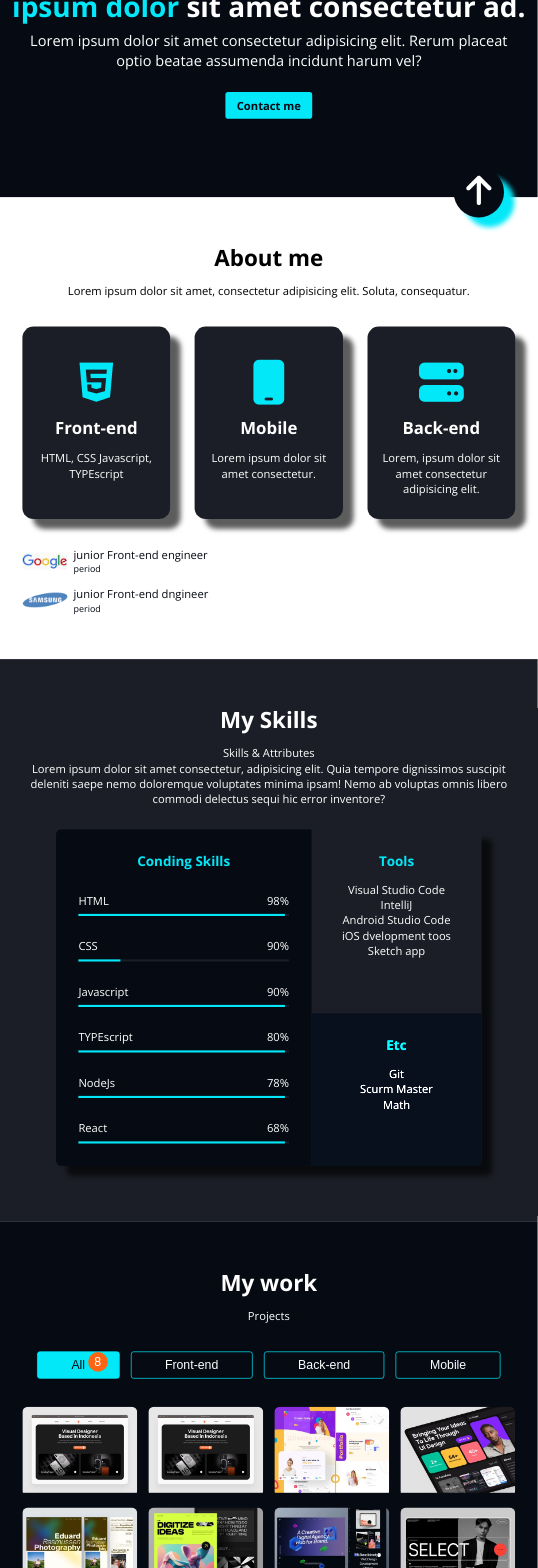
Repository: Arden-Sol/portfolio-website-clone-coding
Page: index.html
These files come from the project's save history. The page is drawn as it stood at one moment and after the next save; the edit follows.
The browser window is 768 px wide. The pictures show the part of the page from y = 441 to 2681 px (the page is 3892 px tall before and 3860 px after), at 70% of full size.
Some web libraries are served in a nearby version.

Above is the page before, as saved 2024-03-27 02:29:00.

After the next save:
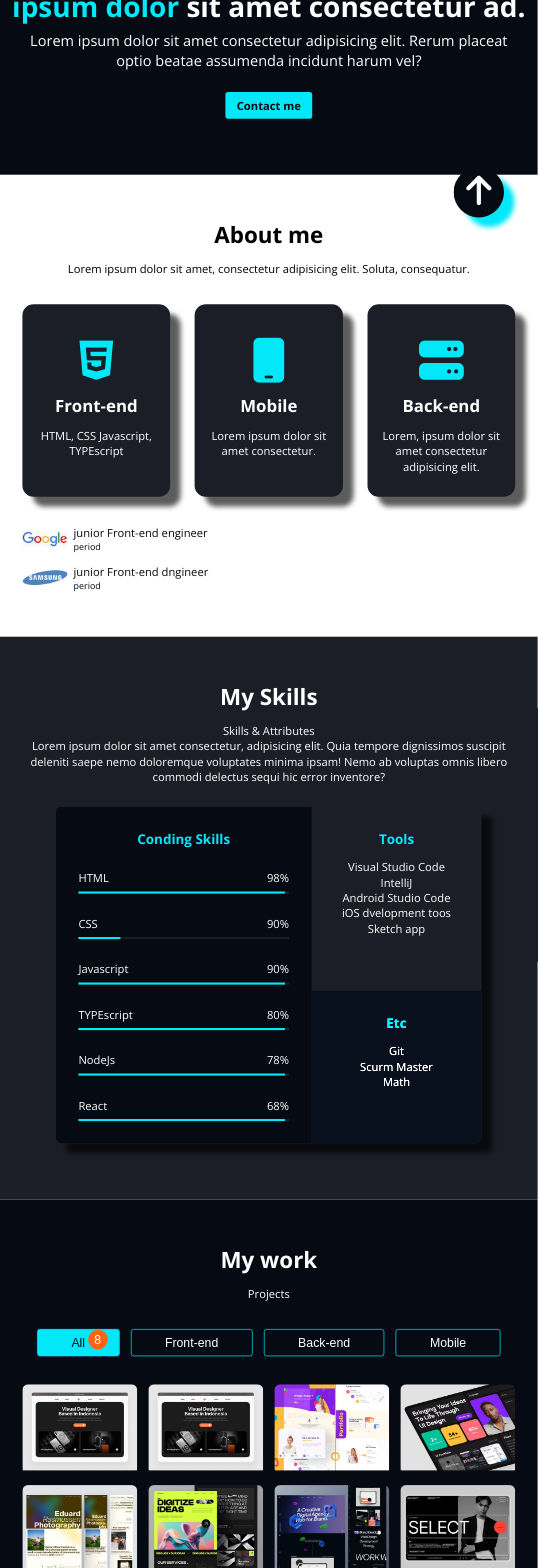
Saved 37 s later.
--- a/css/style.css
+++ b/css/style.css
@@ -412,6 +412,9 @@ padding: 1rem;
 .description {
   font-size: 1rem;
 }
+#home{
+  padding-bottom: 3rem;
+}
 .home__title {
 font-size: 2.5rem;
 margin-bottom: 0.5rem;
